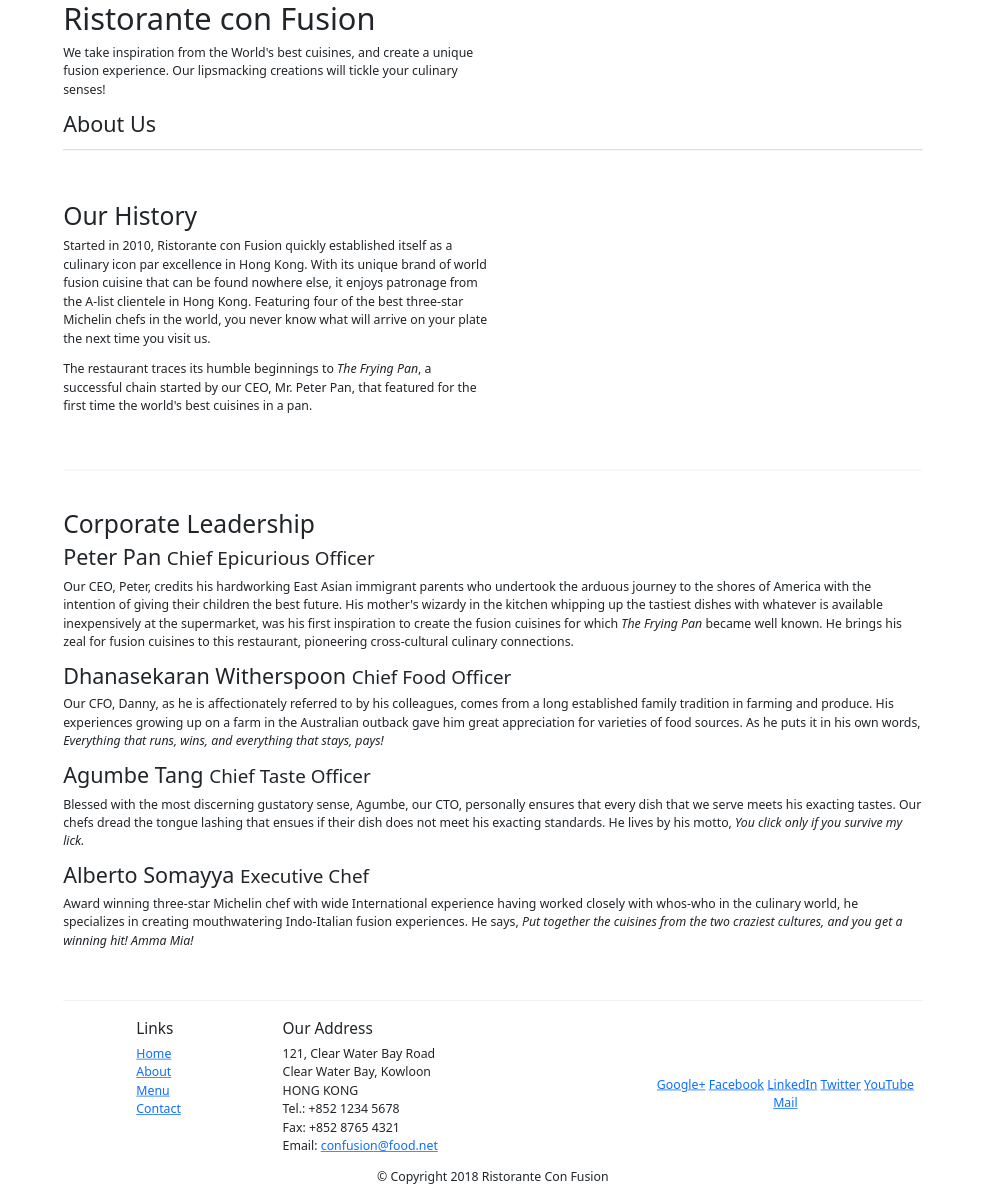
Repository: devjeremyjake/confusion
Page: aboutus.html
An editor plug-in stored every save of this project. The page is shown before and after the next save, followed by the edit.
The browser window is 1280 px wide. The pictures show the whole page, at 77% of full size.
Some web libraries are served in a nearby version.

Above is the page before, as saved 2020-01-30 15:32:16.

After the next save:
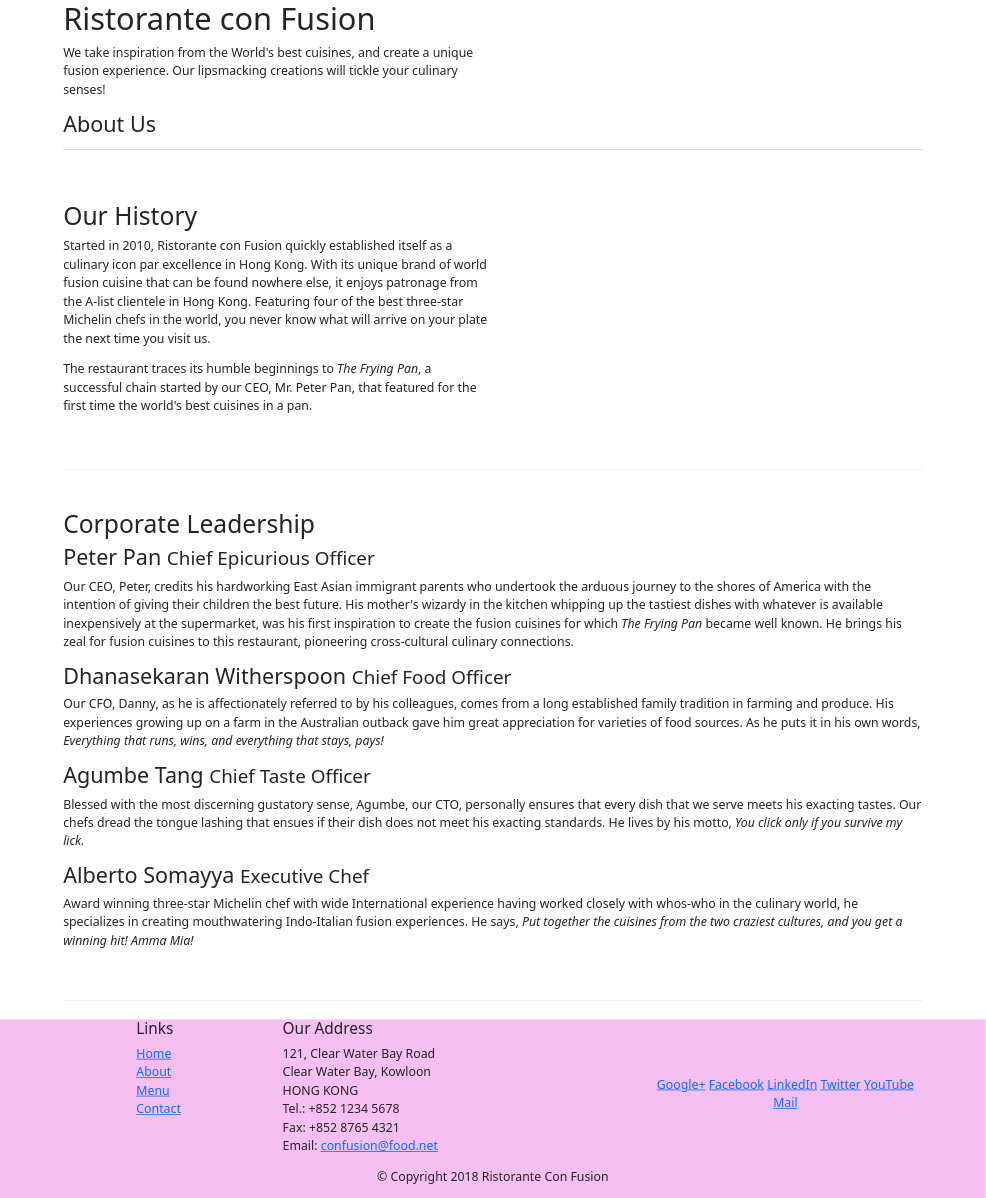
Saved 4 s later.
--- a/css/style.css
+++ b/css/style.css
@@ -11,5 +11,5 @@
 }
 
 .footer {
-    background-color: #D1;
+    background-color: #D1C4;
 }
